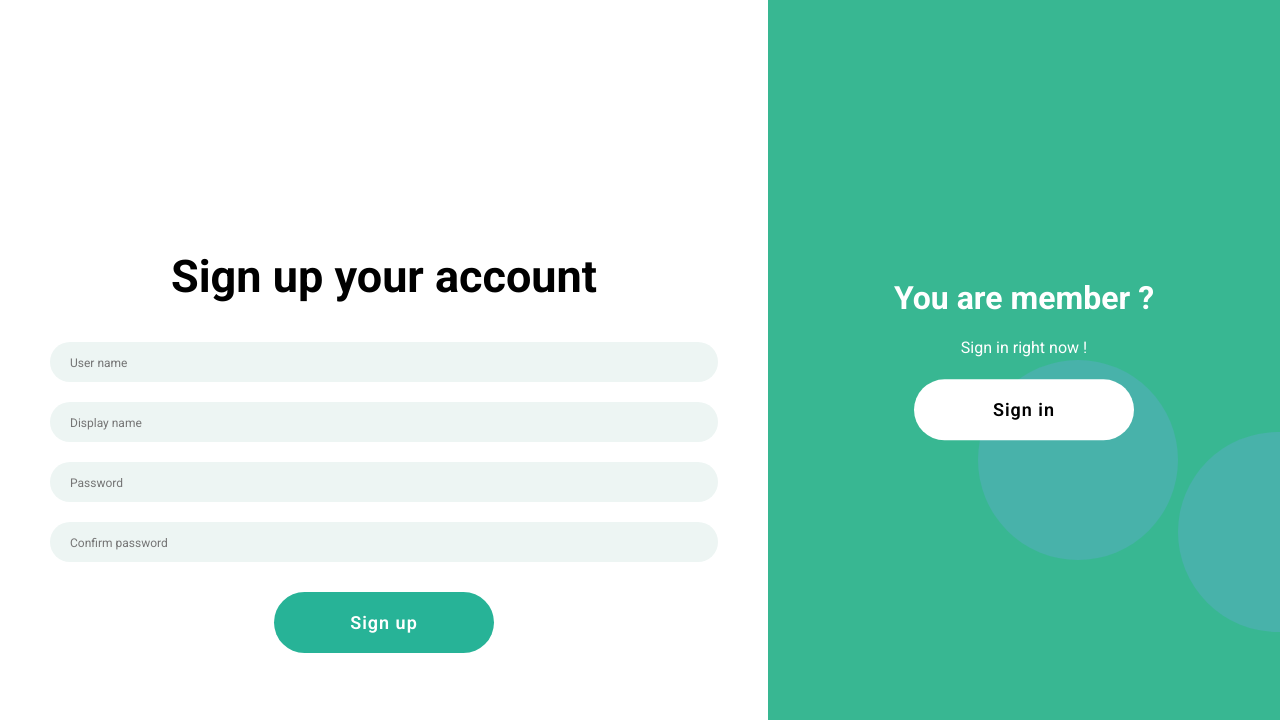
Repository: ptrung26/Web-film
Page: /signup (app in client/)
The author's editor kept a copy of each file at every save. The page is drawn from the files as they stood at one save, then again after the next save.
The browser window is 1280 px wide. The pictures show the whole page.
The page's requests for data from a server got no answer. The project was rebuilt for these pictures with package versions that can differ from the ones it lists, and the page was loaded fresh each time. Some packages were replaced by stand-ins written for this rebuild. No one was signed in, and anything a server would have sent is missing. Also part of the build but not shown: client/src/hooks/useOnClickOutside.js, client/src/hooks/useDebounce.js, client/src/hooks/index.js, client/src/layout/components/Header/Header.scss, client/src/layout/components/Header/Header.jsx, client/src/api/modules/favoriteAPI.js, client/src/layout/Layout.jsx, client/src/api/configs/tmdbConfig.js and 30 more.

Above is the page before, as saved 2023-11-11 11:08:16.

### client/src/index.js
import React from "react";
import ReactDOM from "react-dom/client";
import { QueryClient, QueryClientProvider } from "react-query";
import { ReactQueryDevtools } from "react-query/devtools";
import App from "./App";
import "./assets/styles/styles.scss";
import reportWebVitals from "./reportWebVitals";
import store from "../src/redux/store";
import { Provider } from "react-redux";
const queryClient = new QueryClient();
const root = ReactDOM.createRoot(document.getElementById("root"));
root.render(
  <QueryClientProvider client={queryClient}>
    <Provider store={store}>
      <App />
    </Provider>
    <ReactQueryDevtools />
  </QueryClientProvider>
  // <React.StrictMode>
  // </React.StrictMode>
);

// If you want to start measuring performance in your app, pass a function
// to log results (for example: reportWebVitals(console.log))
// or send to an analytics endpoint. Learn more: https://bit.ly/CRA-vitals
reportWebVitals();

### client/src/App.jsx
import { BrowserRouter, Route, Routes } from "react-router-dom";
import Layout from "./layout/Layout";
import Discover from "./pages/Discover/Discover";
import Home from "./pages/Home/Home";
import MovieDetail from "./pages/MovieDetail/MovieDetail";
import { Search } from "./pages/Search/Search";
import Signin from "./pages/Login/Signin";
import Watch from "./pages/Watch/Watch";
import Favorite from "./pages/Favorite/Favorite";
import Signup from "./pages/Signup/Signup";
function App() {
  return (
    <>
      <BrowserRouter>
        <Routes>
          <Route path="/" element={<Layout />}>
            <Route index element={<Home />} />
            <Route path="discover" element={<Discover />} />
            <Route path="movie/:id" element={<MovieDetail />} />
            <Route path="movie/watch/:id" element={<Watch />} />
            <Route path="search" element={<Search />} />
            <Route path="favorite" element={<Favorite />} />
          </Route>
          <Route path="signin" element={<Signin />} />
          <Route path="signup" element={<Signup />} />
          <Route
            path="*"
            element={
              <h1
                style={{
                  color: "#fff",
                  marginTop: 80,
                }}
              >
                Not Found
              </h1>
            }
          />
        </Routes>
      </BrowserRouter>
    </>
  );
}

export default App;

### client/src/assets/styles/styles.scss
@import "./fonts.scss";
@import "./base.scss";
@import "./custom.scss";
@import "./variables.scss";

### client/src/redux/store.js
import { configureStore } from "@reduxjs/toolkit";
import userSlice from "./features/userSlice";

const store = configureStore({
  reducer: {
    user: userSlice,
  },
});

export default store;

### client/src/pages/Signup/Signup.jsx
import { useFormik } from "formik";
import { useEffect, useState } from "react";
import { Link, useLocation, useNavigate } from "react-router-dom";
import { useDispatch } from "react-redux";
import * as Yup from "yup";
import userApi from "../../api/modules/userApi";
import { setUser } from "../../redux/features/userSlice";
import { ToastContainer, toast } from "react-toastify";
import "./Signup.scss";
export default function Signup() {
  const [errorMessage, setErrorMessage] = useState();
  const navigate = useNavigate();
  const location = useLocation();
  const dispatch = useDispatch();
  const formik = useFormik({
    initialValues: {
      su_username: "",
      su_password: "",
      su_confirmPassword: "",
    },
    validationSchema: Yup.object({
      su_username: Yup.string()
        .matches(/^[a-zA-Z0-9]*$/, "Chỉ được nhập chữ và số")
        .min(8, "Tài khoản phải ít nhất 3 ký tự")
        .required("Tài khoản không được bỏ trống"),
      su_password: Yup.string()
        .min(8, "Mật khẩu phải từ 6 - 20 ký tự")
        .max(20, "Mật khẩu phải từ 6 - 20 ký tự")
        .required("Mật khẩu không được bỏ trống")
        .matches(
          /^(?=.*[a-zA-Z])(?=.*\d)(?=.*[@$!%*?&])[A-Za-z\d@$!%*?&]*$/,
          "Mật khẩu phải chứa ít nhất một chữ cái, một số, và một ký tự đặc biệt"
        ),
      su_confirmPassword: Yup.string()
        .required("Phải nhập xác nhận mật khẩu")
        .oneOf([Yup.ref("password")], "Mật khẩu xác nhận không trùng nhau"),
    }),
    onSubmit: async (values) => {
      values.color = randomRGBColor();
      setErrorMessage(undefined);
      const { response, err } = await userApi.signup(values);

      if (response) {
        formik.resetForm();
        dispatch(setUser(response));
        if (location.state) {
          navigate(location.state);
        } else {
          navigate("/");
        }
      }

      if (err) setErrorMessage(err.message);
    },
  });

  useEffect(() => {
    if (!errorMessage) {
      return;
    }

    toast.error(errorMessage, {
      position: "top-right",
      autoClose: 5000,
      hideProgressBar: false,
      closeOnClick: true,
      pauseOnHover: true,
      draggable: true,
      progress: undefined,
      theme: "light",
    });
    return;
  }, [errorMessage]);

  const randomRGBColor = () => {
    let r = Math.floor(Math.random() * 256);
    let g = Math.floor(Math.random() * 256);
    let b = Math.floor(Math.random() * 256);
    let color = `rgb(${r}, ${g}, ${b})`;
    return color;
  };

  return (
    <div className="Signup">
      <div className="Signup__left">
        <h1>Sign up your account</h1>
        <form className="Signup__form" onSubmit={formik.handleSubmit}>
          <div className="input-group">
            <br></br>
            <input
              id="username"
              name="username"
              type="text"
              placeholder="User name"
              onChange={formik.handleChange}
              onBlur={formik.handleBlur}
              value={formik.values.username}
            />
            {formik.touched.username && formik.errors.username ? (
              <p className="error-message">{formik.errors.username}</p>
            ) : null}
          </div>
          <div className="input-group">
            <input
              id="displayName"
              name="displayName"
              type="text"
              placeholder="Display name"
              onChange={formik.handleChange}
              onBlur={formik.handleBlur}
              value={formik.values.displayName}
            />
            {formik.touched.username && formik.errors.username ? (
              <p className="error-message">{formik.errors.username}</p>
            ) : null}
          </div>
          <div className="input-group">
            <input
              id="password"
              name="password"
              type="password"
              placeholder="Password"
              onChange={formik.handleChange}
              onBlur={formik.handleBlur}
              value={formik.values.password}
            />
            {formik.touched.password && formik.errors.password ? (
              <p className="error-message">{formik.errors.password}</p>
            ) : null}
          </div>
          <div className="input-group">
            <input
              id="confirmPassword"
              name="confirmPassword"
              type="password"
              placeholder="Confirm password"
              onChange={formik.handleChange}
              onBlur={formik.handleBlur}
              value={formik.values.confirmPassword}
            />
            {formik.touched.confirmPassword && formik.errors.confirmPassword ? (
              <p className="error-message">{formik.errors.confirmPassword}</p>
            ) : null}
          </div>
          <button type="submit">Sign up</button>
        </form>
      </div>
      <div className="Signup__right">
        <div className="Signup__right-body">
          <h1>You are member ?</h1>
          <p className="Signup__right-info">Sign in right now !</p>
          <Link to="/signin">Sign in</Link>
        </div>
      </div>
      <ToastContainer />
    </div>
  );
}

### client/src/assets/styles/fonts.scss
@import url('https://fonts.googleapis.com/css2?family=Roboto:wght@400;500;600;700&display=swap');
@import url('https://fonts.googleapis.com/css2?family=Poppins:wght@400;500;600&display=swap');

### client/src/assets/styles/base.scss
* {
    padding: 0;
    margin: 0;
    box-sizing: border-box;
}

html {
    font-family: 'Roboto', sans-serif;

    font-size: 16px;
}

body {
    background-color: #1c1c1e !important;
}

ul,
li {
    list-style: none;
}

a {
    text-decoration: none;
}

img {
    max-width: 100%;
    object-fit: cover;
}

input,
button {
    border: none;
    outline: none;
    font-family: inherit;
}

button {
    background-color: transparent;
    cursor: pointer;
}

### client/src/assets/styles/custom.scss
/* width */
::-webkit-scrollbar {
    width: 8px;
}

/* Track */
::-webkit-scrollbar-track {
    background: #1a1a1a;
}

/* Handle */
::-webkit-scrollbar-thumb {
    background: #888;
    border-radius: 8px;
}

/* Handle on hover */
::-webkit-scrollbar-thumb:hover {
    background: #555;
}

### client/src/assets/styles/variables.scss
:root {
    // Layouts
    --header-height: 68px;

    // z-index
    --z-modal: 1000;
    --z-infinity: 1030;
    --z-pro: 1010;

}

### client/src/redux/features/userSlice.js
import { createSlice } from "@reduxjs/toolkit";

export const userSlice = createSlice({
  name: "User",
  initialState: {
    user: null,
    listFavorites: [],
  },
  reducers: {
    setUser: (state, action) => {
      if (action.payload === null) {
        localStorage.removeItem("actkn");
      } else {
        if (action.payload.token)
          localStorage.setItem("actkn", action.payload.token);
      }

      state.user = action.payload;
    },
    setListFavorites: (state, action) => {
      state.listFavorites = action.payload;
    },
    removeFavorite: (state, action) => {
      const mediaId = action.payload;
      state.listFavorites = [...state.listFavorites].filter(
        (e) => e.mediaId.toString() !== mediaId.toString()
      );
    },
    addFavorite: (state, action) => {
      state.listFavorites = [action.payload, ...state.listFavorites];
    },
  },
});

export const { setUser, setListFavorites, addFavorite, removeFavorite } =
  userSlice.actions;

export default userSlice.reducer;

### client/src/api/modules/userApi.js
import publicClient from "../clients/publicClient";
import privateClient from "../clients/privateClient";
const userEndpoints = {
  signin: "user/signin",
  signup: "user/signup",
  getInfo: "user/info",
  passwordUpdate: "user/update-password",
};

const userApi = {
  signin: async ({ username, password }) => {
    try {
      const response = await publicClient.post(userEndpoints.signin, {
        username,
        password,
      });

      return { response };
    } catch (err) {
      return { err };
    }
  },
  signup: async ({
    username,
    password,
    confirmPassword,
    displayName,
    color,
  }) => {
    try {
      const response = await publicClient.post(userEndpoints.signup, {
        username,
        password,
        confirmPassword,
        displayName,
        color,
      });

      return { response };
    } catch (err) {
      return { err };
    }
  },
  getInfo: async () => {
    try {
      const response = await privateClient.get(userEndpoints.getInfo);

      return { response };
    } catch (err) {
      return { err };
    }
  },
  passwordUpdate: async ({ password, newPassword, confirmNewPassword }) => {
    try {
      const response = await privateClient.put(userEndpoints.passwordUpdate, {
        password,
        newPassword,
        confirmNewPassword,
      });

      return { response };
    } catch (err) {
      return { err };
    }
  },
};

export default userApi;

### client/src/pages/Signup/Signup.scss
.Signup {
    display: flex;

    &__left {
        width: 60%;
        height: 100vh;
        background-color: #fff;
        padding: 0 50px;

        h1 {
            font-size: 45px;
            text-align: center;
            margin-top: 250px;
        }
    }

    &__socials {
        margin-top: 20px;
        text-align: center;

        h4 {
            color: #717070;
            font-weight: 300;
        }

        &-list {
            margin-top: 12px;
            display: flex;
            justify-content: center;
            align-items: center;
            gap: 0 10px;
        }

        &-item {
            height: 40px;
            width: 40px;
            border-radius: 50%;
            display: inline-flex;
            align-items: center;
            justify-content: center;

            img {
                width: 20px;
            }
        }
    }

    &__seperate-line {
        text-align: center;
        font-size: 12px;
        height: 1px;
        background-color: #e1dede;
        margin-top: 20px;
        position: relative;

        span {
            position: absolute;
            background-color: #fff;
            display: inline-block;
            top: 50%;
            left: 50%;
            transform: translate(-50%, -50%);
            padding: 10px;
        }
    }

    &__form {
        text-align: center;
        margin-top: 20px;

        .input-group {
            margin-bottom: 20px;
        }

        .error-message {
            color: red;
            text-align: left;
            margin-left: 12px;
            margin-top: 10px;
        }

        input {
            background-color: #edf5f3;
            width: 100%;
            height: 40px;
            padding: 0 20px;
            border-radius: 40px;
            font-family: inherit;

            &::placeholder {
                font-size: 12px;
            }
        }

        button {
            width: 220px;
            background-color: #27b397;
            color: #fff;
            font-weight: 600;
            font-size: 18px;
            letter-spacing: 1px;
            padding: 20px 0;
            margin-top: 10px;
            border-radius: 60px;
        }
    }

    &__right {
        width: 40%;
        height: 100vh;
        background-color: #38b792;
        position: relative;
        text-align: center;
        overflow: hidden;

        &::before {
            content: '';
            width: 200px;
            height: 200px;
            background-color: #48b2aa;
            border-radius: 50%;
            position: absolute;
            top: 50%;
            right: 20%;
        }

        &::after {
            content: '';
            width: 200px;
            height: 200px;
            background-color: #48b2aa;
            border-radius: 50%;
            position: absolute;
            top: 60%;
            left: 80%;
        }

        &-body {
            position: absolute;
            top: 50%;
            left: 0;
            right: 0;
            transform: translate(0, -50%);

            h1 {
                color: #fff;
            }
        }

        &-info {
            color: #fff;
            line-height: 1.4;
            margin-top: 20px;
        }

        a {
            display: inline-block;
            width: 220px;
            background-color: #fff;
            color: #000;
            font-weight: 600;
            font-size: 18px;
            letter-spacing: 1px;
            padding: 20px 0;
            margin-top: 20px;
            border-radius: 60px;
        }
    }


}

### client/src/api/clients/publicClient.js
import axios from "axios";

const baseURL = process.env.REACT_APP_API_URL;

const publicClient = axios.create({
  baseURL,
});

publicClient.interceptors.request.use(async (config) => {
  return {
    ...config,
    headers: {
      "Content-Type": "application/json",
    },
  };
});

publicClient.interceptors.response.use(
  (response) => {
    if (response && response.data) return response.data;
    return response;
  },
  (err) => {
    throw err.response.data;
  }
);

export default publicClient;

### client/src/api/clients/privateClient.js
import axios from "axios";

const baseURL = process.env.REACT_APP_API_URL;
const privateClient = axios.create({
  baseURL,
});

privateClient.interceptors.request.use(async (config) => {
  return {
    ...config,
    headers: {
      "Content-Type": "application/json",
      Authorization: `Bearer ${localStorage.getItem("actkn")}`,
    },
  };
});

privateClient.interceptors.response.use(
  (response) => {
    if (response && response.data) return response.data;
    return response;
  },
  (err) => {
    throw err.response.data;
  }
);

export default privateClient;

Loaded but not shown: client/public/index.html (common file); client/src/reportWebVitals.js (common file); client/src/layout/Layout.scss (no stored copy; drawn as an empty file)

After the next save:
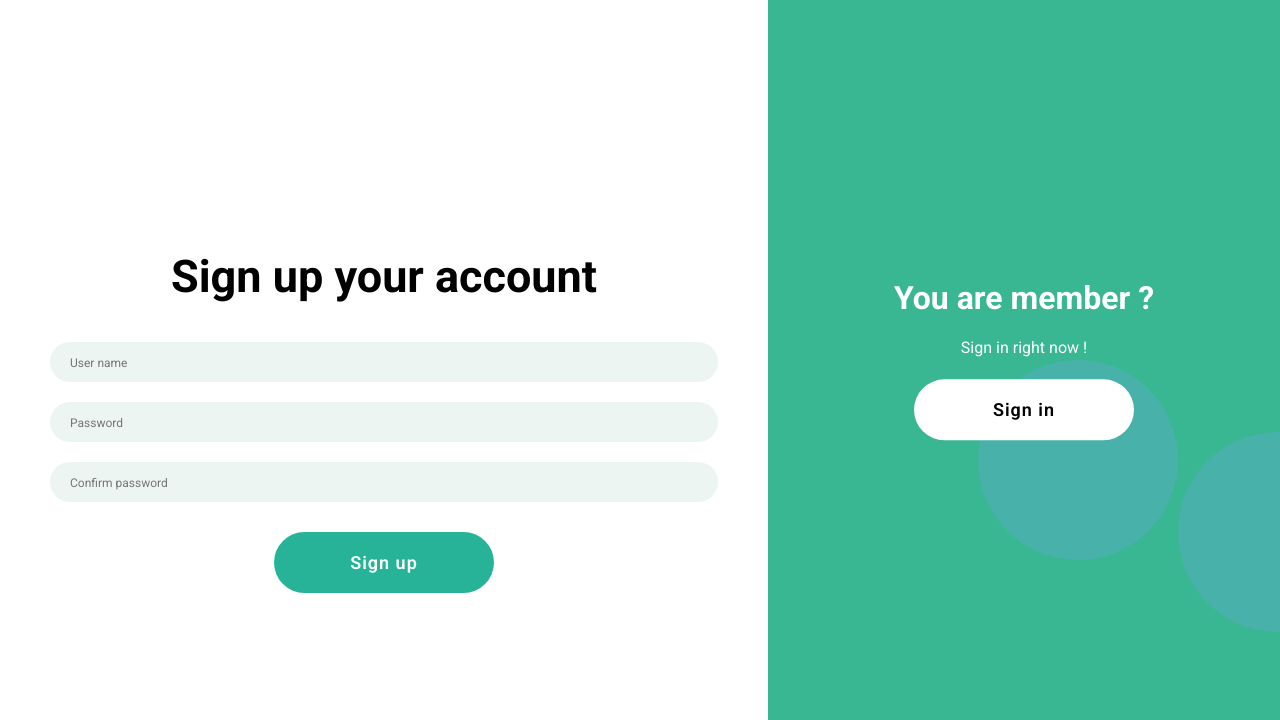
Saved 84 s later.
--- a/client/src/pages/Signup/Signup.jsx
+++ b/client/src/pages/Signup/Signup.jsx
@@ -102,30 +102,16 @@ export default function Signup() {
           </div>
           <div className="input-group">
             <input
-              id="displayName"
-              name="displayName"
-              type="text"
-              placeholder="Display name"
-              onChange={formik.handleChange}
-              onBlur={formik.handleBlur}
-              value={formik.values.displayName}
-            />
-            {formik.touched.username && formik.errors.username ? (
-              <p className="error-message">{formik.errors.username}</p>
-            ) : null}
-          </div>
-          <div className="input-group">
-            <input
-              id="password"
-              name="password"
+              id="su_password"
+              name="su_password"
               type="password"
               placeholder="Password"
               onChange={formik.handleChange}
               onBlur={formik.handleBlur}
-              value={formik.values.password}
+              value={formik.values.su_password}
             />
-            {formik.touched.password && formik.errors.password ? (
-              <p className="error-message">{formik.errors.password}</p>
+            {formik.touched.su_password && formik.errors.su_password ? (
+              <p className="error-message">{formik.errors.su_password}</p>
             ) : null}
           </div>
           <div className="input-group">
@@ -136,10 +122,13 @@ export default function Signup() {
               placeholder="Confirm password"
               onChange={formik.handleChange}
               onBlur={formik.handleBlur}
-              value={formik.values.confirmPassword}
+              value={formik.values.su_confirmPassword}
             />
-            {formik.touched.confirmPassword && formik.errors.confirmPassword ? (
-              <p className="error-message">{formik.errors.confirmPassword}</p>
+            {formik.touched.su_confirmPassword &&
+            formik.errors.su_confirmPassword ? (
+              <p className="error-message">
+                {formik.errors.su_confirmPassword}
+              </p>
             ) : null}
           </div>
           <button type="submit">Sign up</button>
